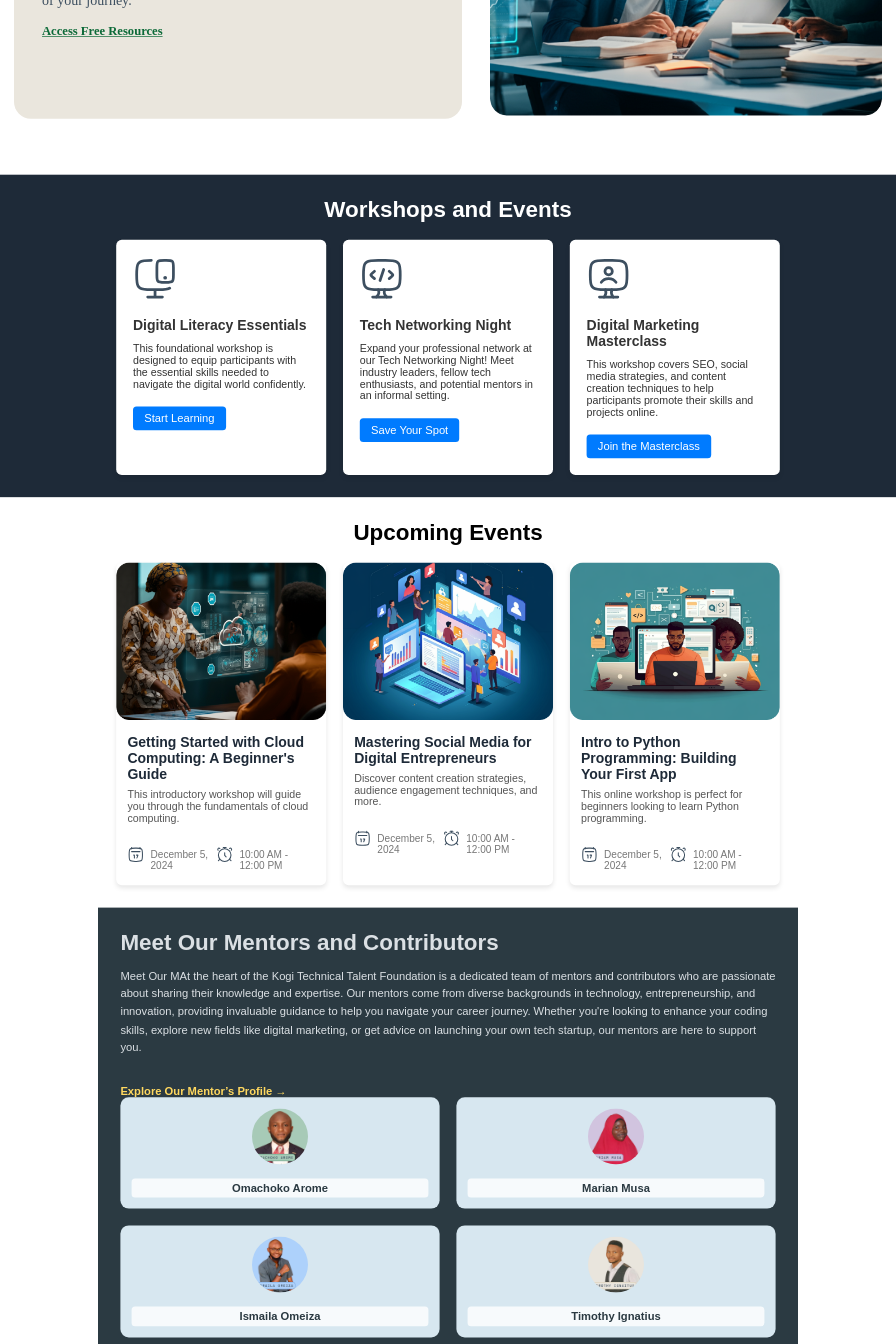
Repository: Cryptim/3MTT-Kogi-Foundation
Page: index.html
These files come from the project's save history. The page is drawn as it stood at one moment and after a run of saves; the edit follows.
The browser window is 1280 px wide. The pictures show the part of the page from y = 1551 to 3471 px (the page is 3494 px tall before and 3512 px after), at 70% of full size.

Above is the page before, as saved 2024-11-04 03:13:10.

After the next 3 saves:
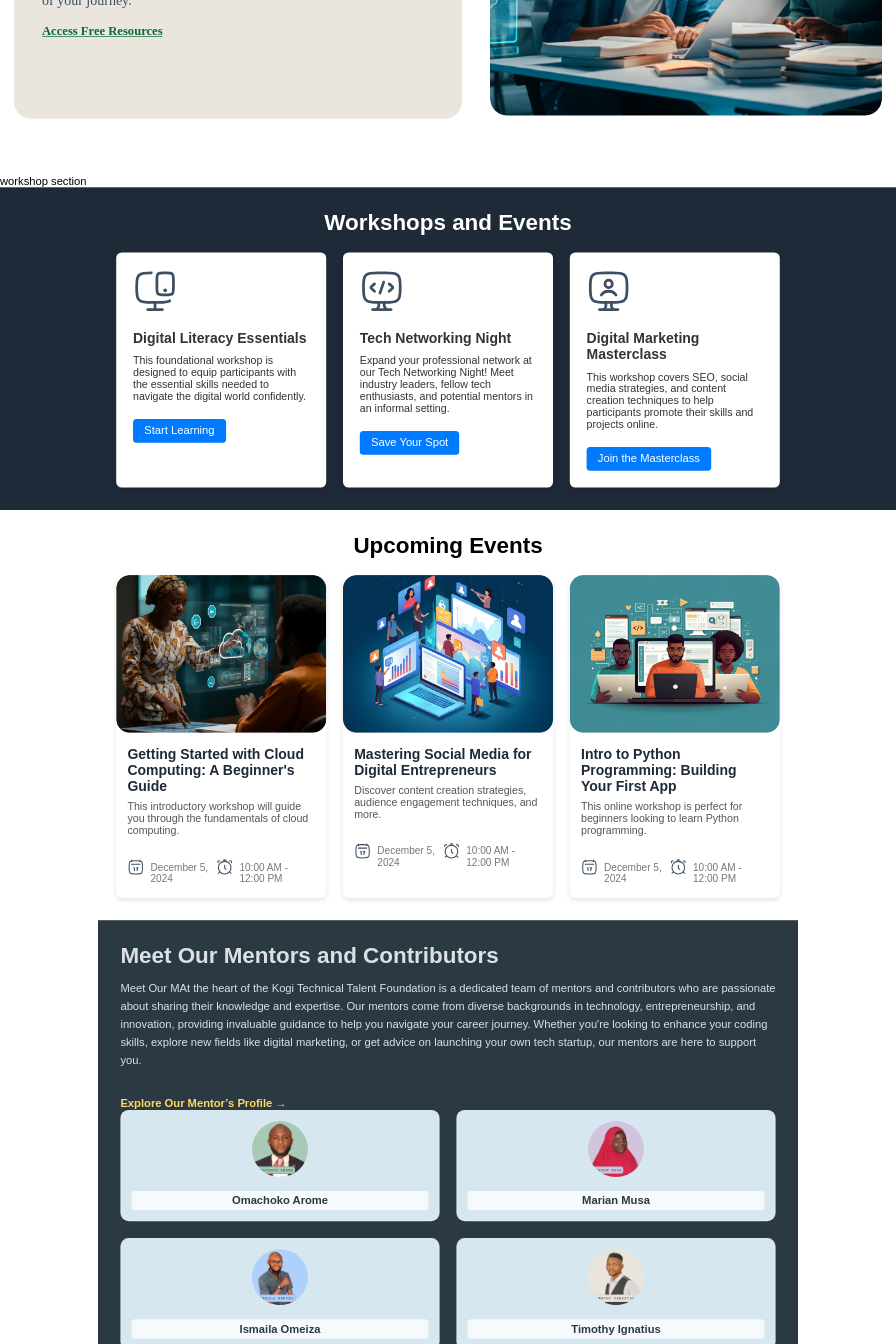
The 3 saves are shown as one change because they came seconds apart.
The last was saved 20 s later.
--- a/index.html
+++ b/index.html
@@ -259,7 +259,7 @@
         </div>
       </div>
     </div>
-    <!-- workshop section -->
+    workshop section
     <section class="workshops-section">
       <h2>Workshops and Events</h2>
       <div class="workshops-container">
